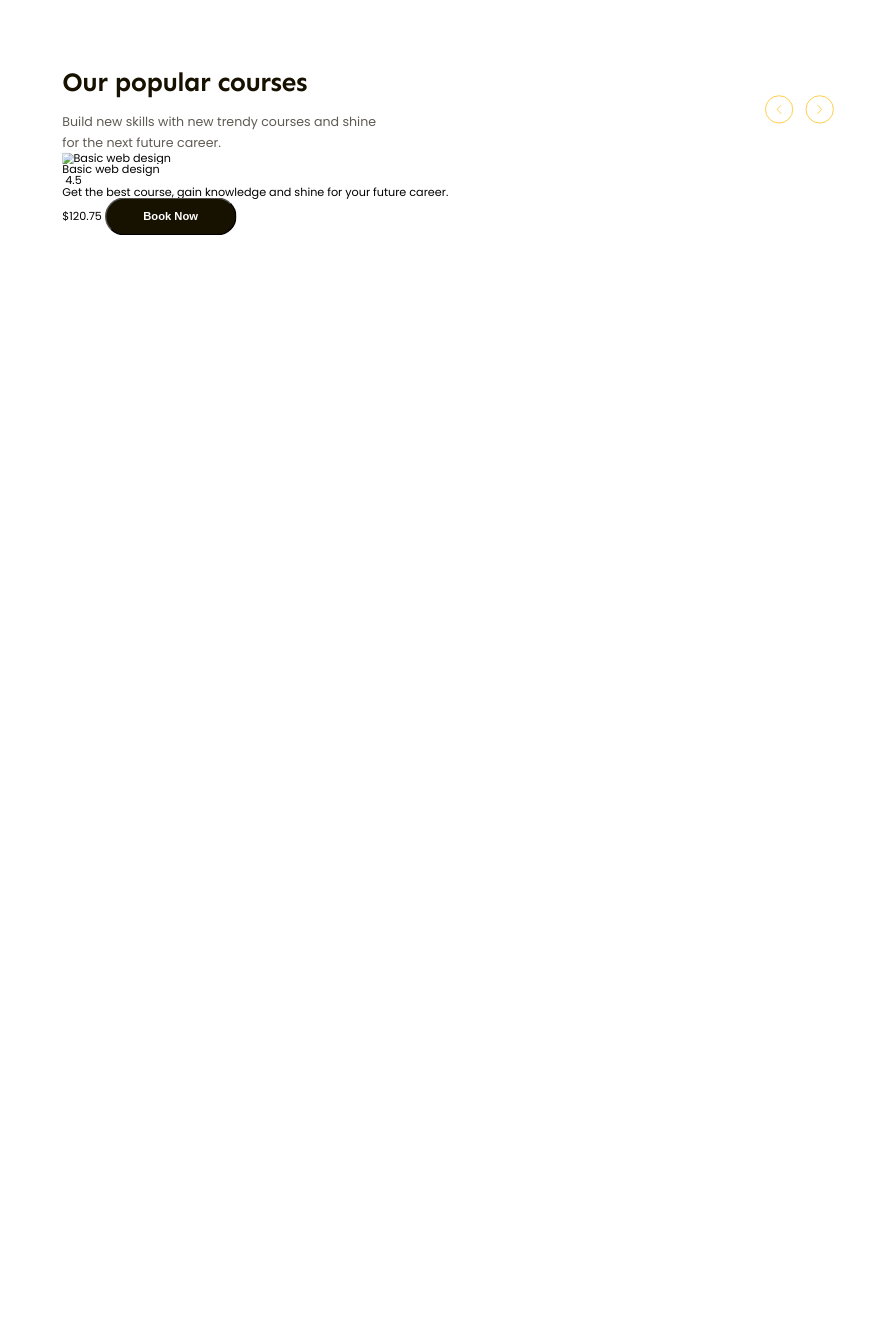
Repository: anhtien111198/f8-htmlcss-02
Page: index.html
The author's editor kept a copy of each file at every save. The page is drawn from the files as they stood at one save, then again after the next save.
The browser window is 1280 px wide. The pictures show the part of the page from y = 1006 to 2906 px (the page is 5000 px tall), at 70% of full size.
A picture or video elsewhere on the page could not be fetched, so the positions and the page height are approximate.

Above is the page before, as saved 2023-05-09 10:08:14.

After the next save:
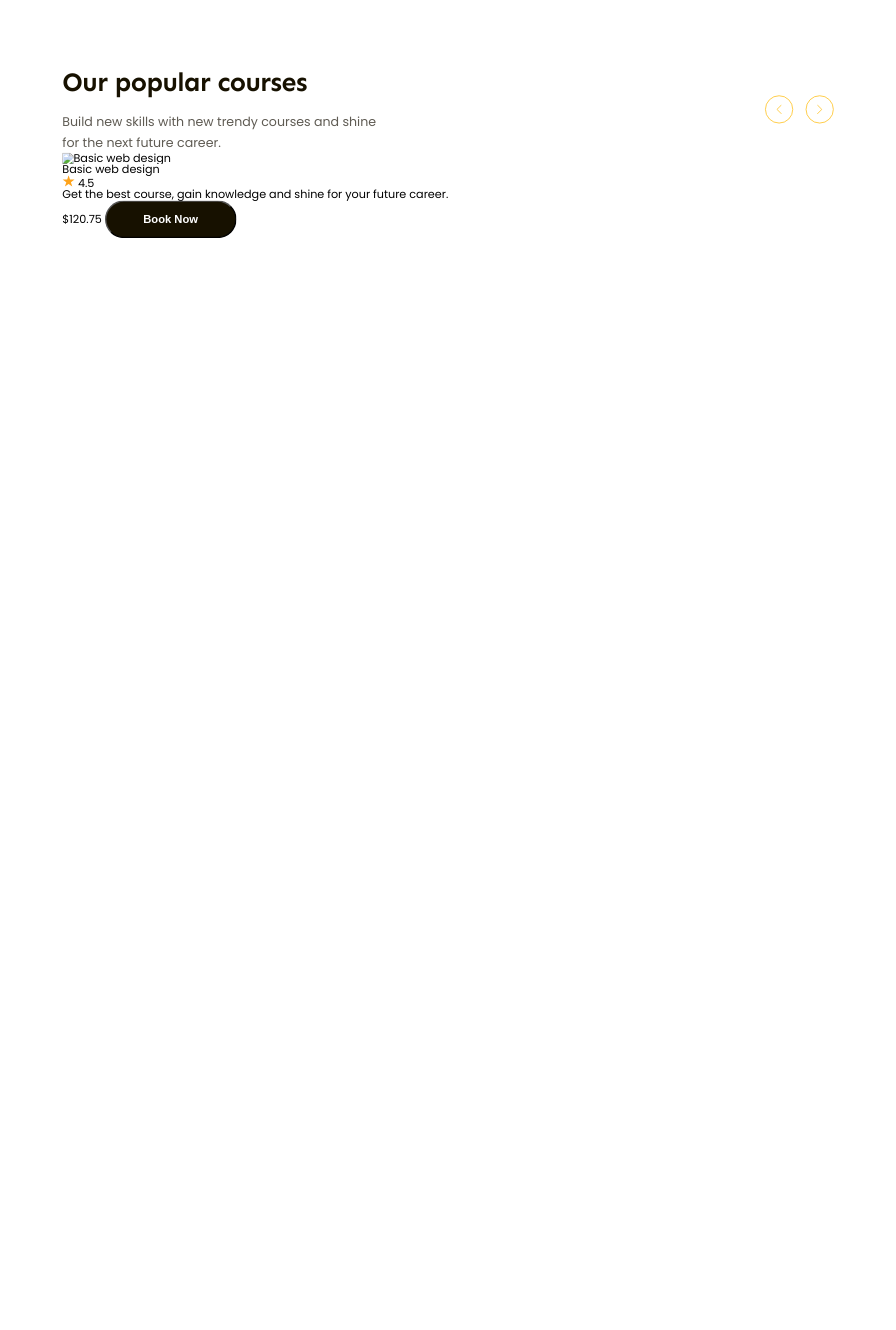
Saved 2 min 0 s later.
--- a/index.html
+++ b/index.html
@@ -190,7 +190,11 @@
                             <div class="head">
                                 <h3 class="title">Basic web design</h3>
                                 <div class="rating">
-                                    <img src="" alt="" class="star" />
+                                    <img
+                                        src="./assets/icons/star.svg"
+                                        alt="star"
+                                        class="star"
+                                    />
                                     <span class="value">4.5</span>
                                 </div>
                             </div>
